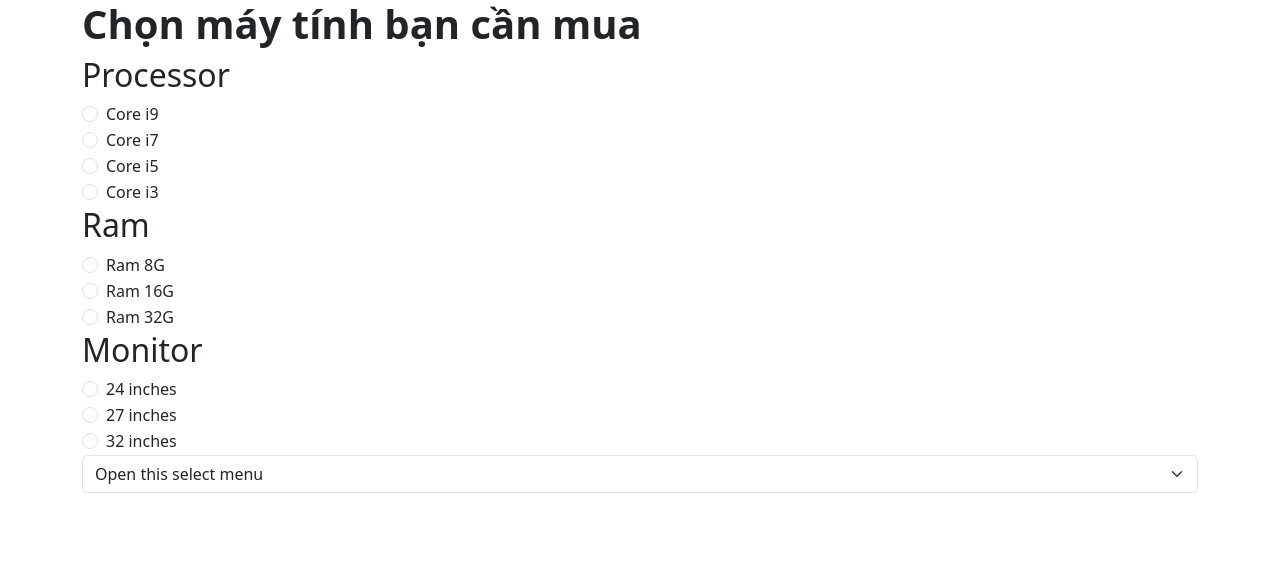
Repository: wuubangdev/bookstore-servlet-jsp
Page: http://localhost/Bai20_JSPCoban_TrangMuaHang/muaMayTinh.jsp
These files come from the project's save history. The page is drawn as it stood at one moment and after the next save; the edit follows.
The browser window is 1280 px wide. The pictures show the whole page.
The page is served by Tomcat 9.

Above is the page before, as saved 2024-03-19 02:54:23.

### Bai20_JSPCoban_TrangMuaHang/src/main/webapp/muaMayTinh.jsp
<%@ page language="java" contentType="text/html; charset=UTF-8"
    pageEncoding="UTF-8"%>
<!DOCTYPE html>
<html>
<head>
<meta charset="UTF-8">
<title>PC</title>
<link href="https://cdn.jsdelivr.net/npm/bootstrap@5.3.3/dist/css/bootstrap.min.css" rel="stylesheet" integrity="sha384-QWTKZyjpPEjISv5WaRU9OFeRpok6YctnYmDr5pNlyT2bRjXh0JMhjY6hW+ALEwIH" crossorigin="anonymous">
<script src="https://cdn.jsdelivr.net/npm/bootstrap@5.3.3/dist/js/bootstrap.bundle.min.js" integrity="sha384-YvpcrYf0tY3lHB60NNkmXc5s9fDVZLESaAA55NDzOxhy9GkcIdslK1eN7N6jIeHz" crossorigin="anonymous"></script>
</head>
<body>
	<div class="container">
		<h1 style="font-weight: bold;">Chọn máy tính bạn cần mua</h1>
		<form id="form-1">
			<h2>Processor</h2>
			<div class="form-check">
			  <input class="form-check-input" type="radio" name="processor" id="corei9">
			  <label class="form-check-label" for="corei9">
			   Core i9
			  </label>
			</div>
			<div class="form-check">
			  <input class="form-check-input" type="radio" name="processor" id="corei7">
			  <label class="form-check-label" for="corei7">
			   Core i7
			  </label>
			</div>
			<div class="form-check">
			  <input class="form-check-input" type="radio" name="processor" id="corei3">
			  <label class="form-check-label" for="corei3">
			   Core i5
			  </label>
			</div>
			<div class="form-check">
			  <input class="form-check-input" type="radio" name="processor" id="corei3">
			  <label class="form-check-label" for="corei3">
			   Core i3
			  </label>
			</div>
			<h2>Ram</h2>
			<div class="form-check">
			  <input class="form-check-input" type="radio" name="ram" id="8G">
			  <label class="form-check-label" for="8G">
			   Ram 8G
			  </label>
			</div>
			<div class="form-check">
			  <input class="form-check-input" type="radio" name="ram" id="16G">
			  <label class="form-check-label" for="16G">
			   Ram 16G
			  </label>
			</div>
			<div class="form-check">
			  <input class="form-check-input" type="radio" name="ram" id="32G">
			  <label class="form-check-label" for="32G">
			   Ram 32G
			  </label>
			</div>
			<h2>Monitor</h2>
			<div class="form-check">
			  <input class="form-check-input" type="radio" name="monitor" id="24i">
			  <label class="form-check-label" for="24i">
			   24 inches
			  </label>
			</div>
			<div class="form-check">
			  <input class="form-check-input" type="radio" name="monitor" id="24i">
			  <label class="form-check-label" for="24i">
			   27 inches
			  </label>
			</div>
			<div class="form-check">
			  <input class="form-check-input" type="radio" name="monitor" id="24i">
			  <label class="form-check-label" for="24i">
			   32 inches
			  </label>
			</div>
			<select class="form-select" aria-label="Default select example">
			  <option selected>Open this select menu</option>
			  <option value="24 Inchs">One</option>
			  <option value="2">Two</option>
			  <option value="3">Three</option>
			</select>
		</form>
	</div>
</body>
</html>

After the next save:
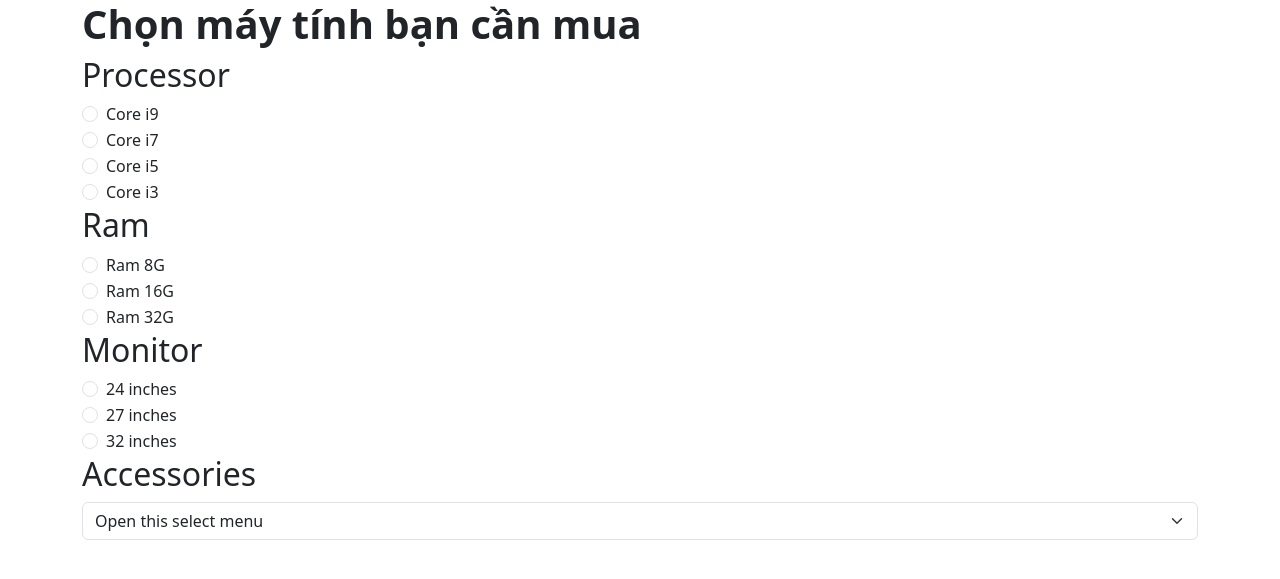
Saved 74 s later.
--- a/Bai20_JSPCoban_TrangMuaHang/src/main/webapp/muaMayTinh.jsp
+++ b/Bai20_JSPCoban_TrangMuaHang/src/main/webapp/muaMayTinh.jsp
@@ -75,7 +75,8 @@
 			   32 inches
 			  </label>
 			</div>
-			<select class="form-select" aria-label="Default select example">
+			<h2>Accessories</h2>
+			<select class="form-select" aria-label="Default select example" name="accessories">
 			  <option selected>Open this select menu</option>
 			  <option value="24 Inchs">One</option>
 			  <option value="2">Two</option>
